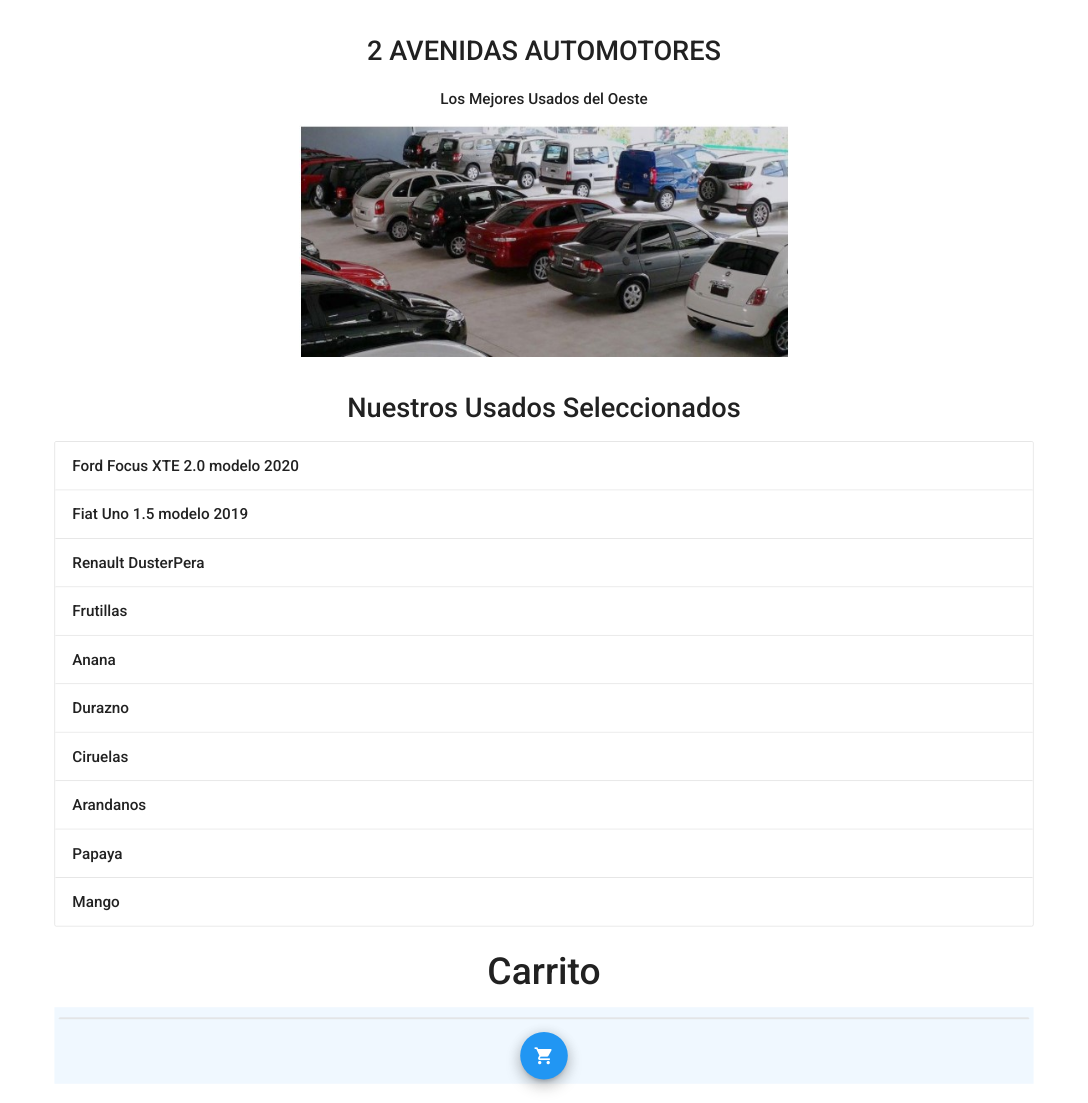
Repository: gadiazsaavedra/SimuladorInteractiv-14-03
Page: index.html
These files come from the project's save history. The page is drawn as it stood at one moment and after a run of saves; the edit follows.
The browser window is 1280 px wide. The pictures show the whole page, at 85% of full size.

Above is the page before, as saved 2022-03-15 10:29:57.

After the next 4 saves:
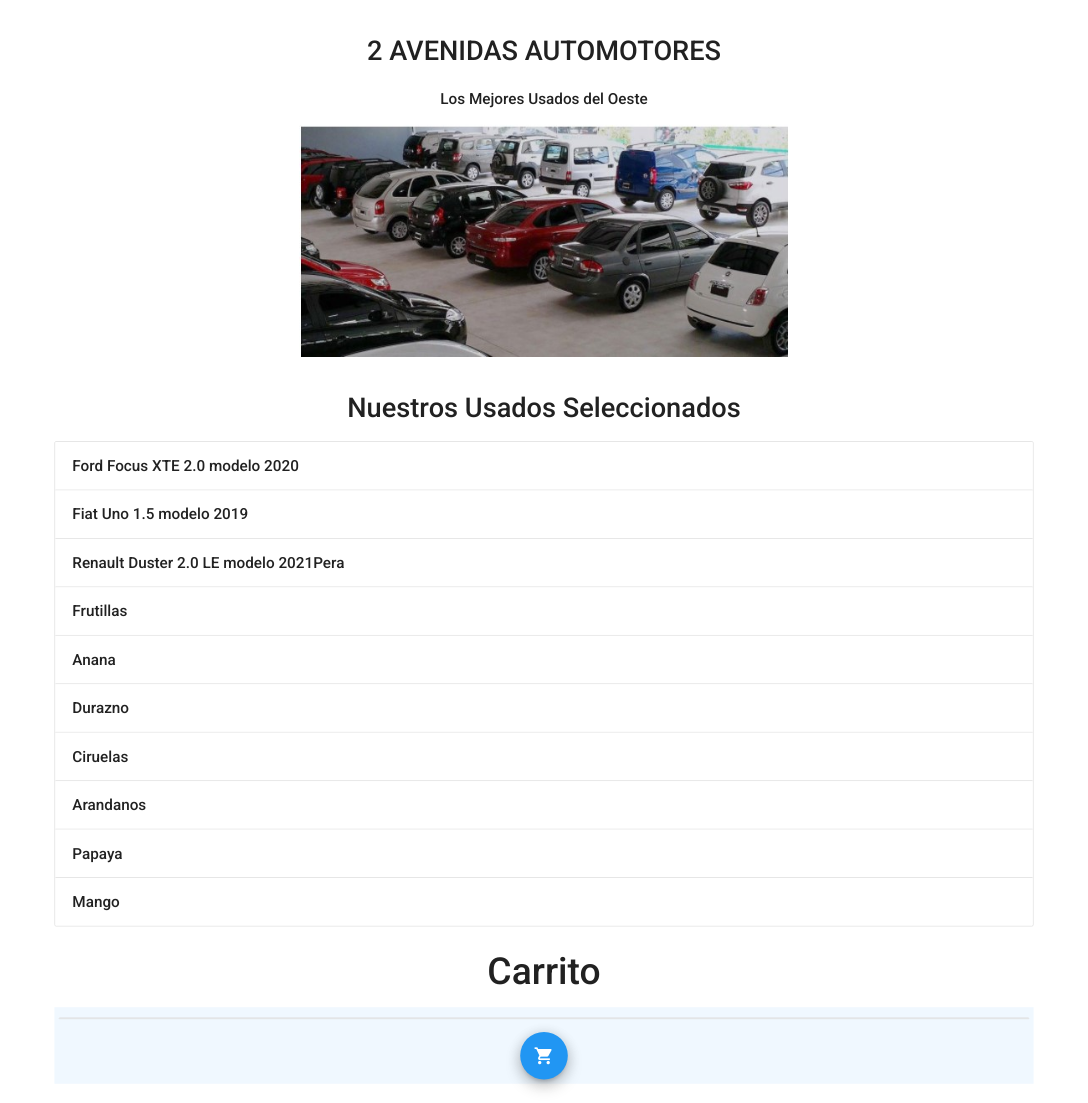
The 4 saves are shown as one change because they came seconds apart.
The last was saved 12 s later.
--- a/js/variables.js
+++ b/js/variables.js
@@ -1,5 +1,5 @@
 // const productos = ['Motherboard ATX Intel', 'Memoria RAM 4 GB DDR3', 'Hard Disk 80 GB SEAGATE', 'Monitor Viewsonic .31', 'Case Babytower', 'Fuente 100~240 ATX 5 AMP']
-const productos = ['Ford Focus XTE 2.0 modelo 2020', 'Fiat Uno 1.5 modelo 2019', 'Renault DusterPera', 'Frutillas', 'Anana', 'Durazno', 'Ciruelas', 'Arandanos', 'Papaya', 'Mango']
+const productos = ['Ford Focus XTE 2.0 modelo 2020', 'Fiat Uno 1.5 modelo 2019', 'Renault Duster 2.0 LE modelo 2021Pera', 'Frutillas', 'Anana', 'Durazno', 'Ciruelas', 'Arandanos', 'Papaya', 'Mango']
 const carrito = []
 
 const titulo = document.getElementById("titulo")
